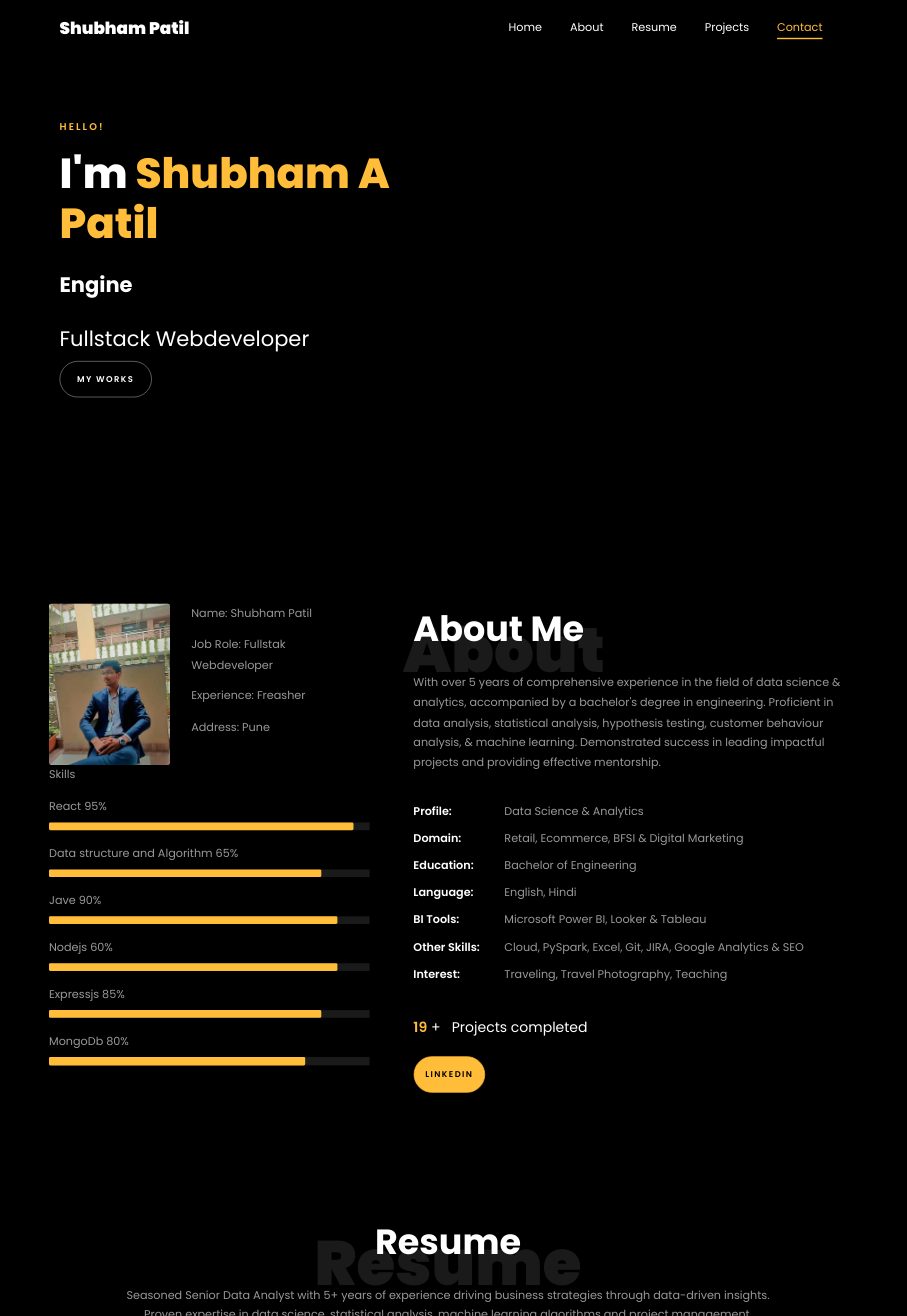
Repository: abp197/portfolio-website
Page: index.html
The author's editor kept a copy of each file at every save. The page is drawn from the files as they stood at one save, then again after the next save.
The browser window is 1280 px wide. The page is 1295 px wide, so the pictures cover 1295 px, including what lies to the right of the window. The pictures show the part of the page from y = 0 to 1880 px (the page is 6242 px tall), at 70% of full size.

Above is the page before, as saved 2024-10-15 00:18:59.
Console error (its wording comes from the project's code and is left out).

After the next save:
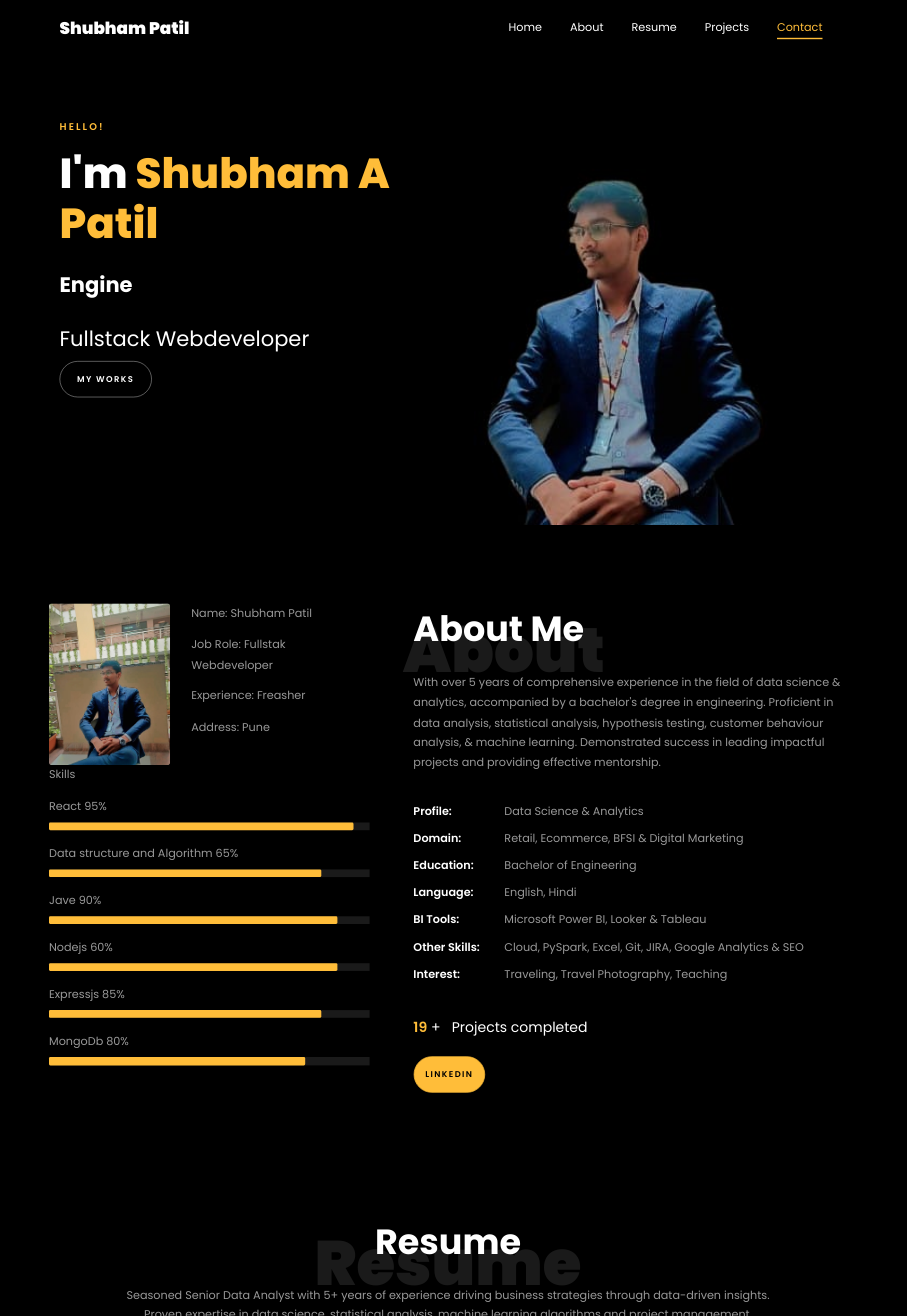
Saved 2 min 8 s later.
--- a/index.html
+++ b/index.html
@@ -141,7 +141,7 @@
 	      	<div class="overlay"></div>
 	         <div class="container">
 	          <div class="row d-md-flex no-gutters slider-text align-items-end justify-content-end" data-scrollax-parent="true">
-	          	<div class="one-third js-fullheight order-md-last img" style="background-image:url();">
+	          	<div class="one-third js-fullheight order-md-last img" style="background-image:url(images/self1.jpg);">
 	          	 <div class="overlay"></div>
 	          	</div>
 		          <div class="one-forth d-flex  align-items-center ftco-animate" data-scrollax=" properties: { translateY: '70%' }">
